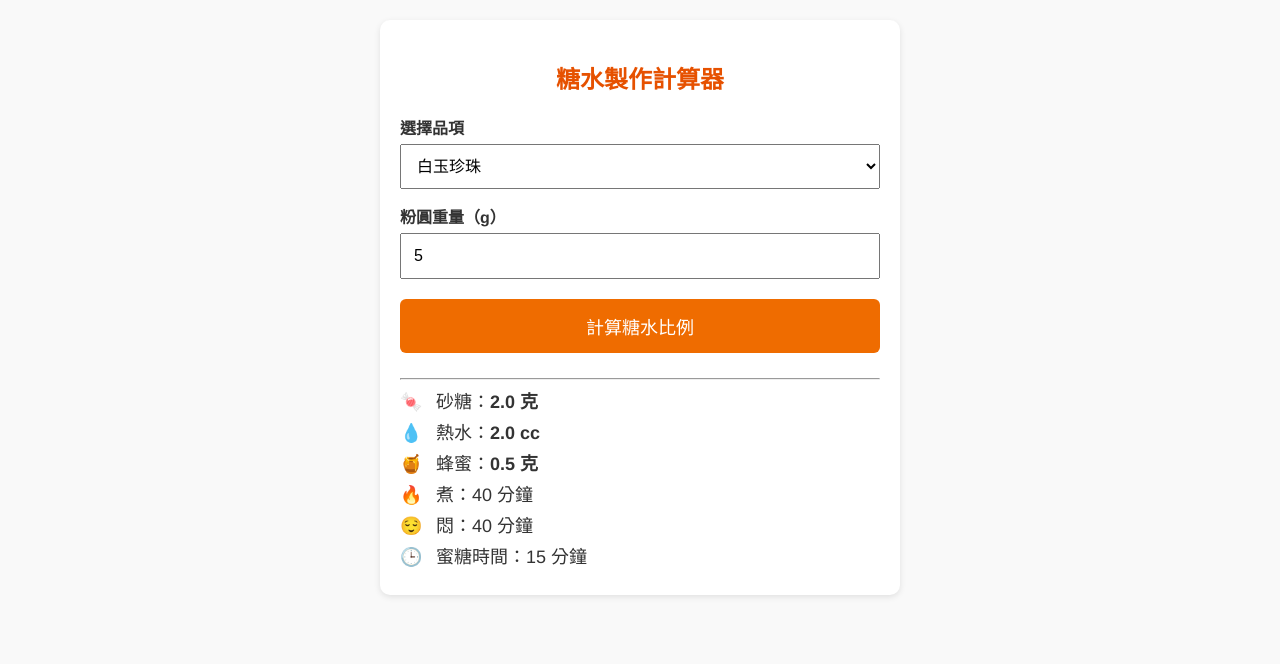
Repository: liying1106/tea-calculator
Page: 配料.html
An editor plug-in stored every save of this project. The page is shown before and after the next save, followed by the edit.
The browser window is 1280 px wide. The pictures show the whole page.
Empty fields were first filled with sample values (such as "Sample", 5 or name@example.com).
After loading, the first visible `button` was clicked once.

Above is the page before, as saved 2025-07-16 09:57:08.

After the next save:
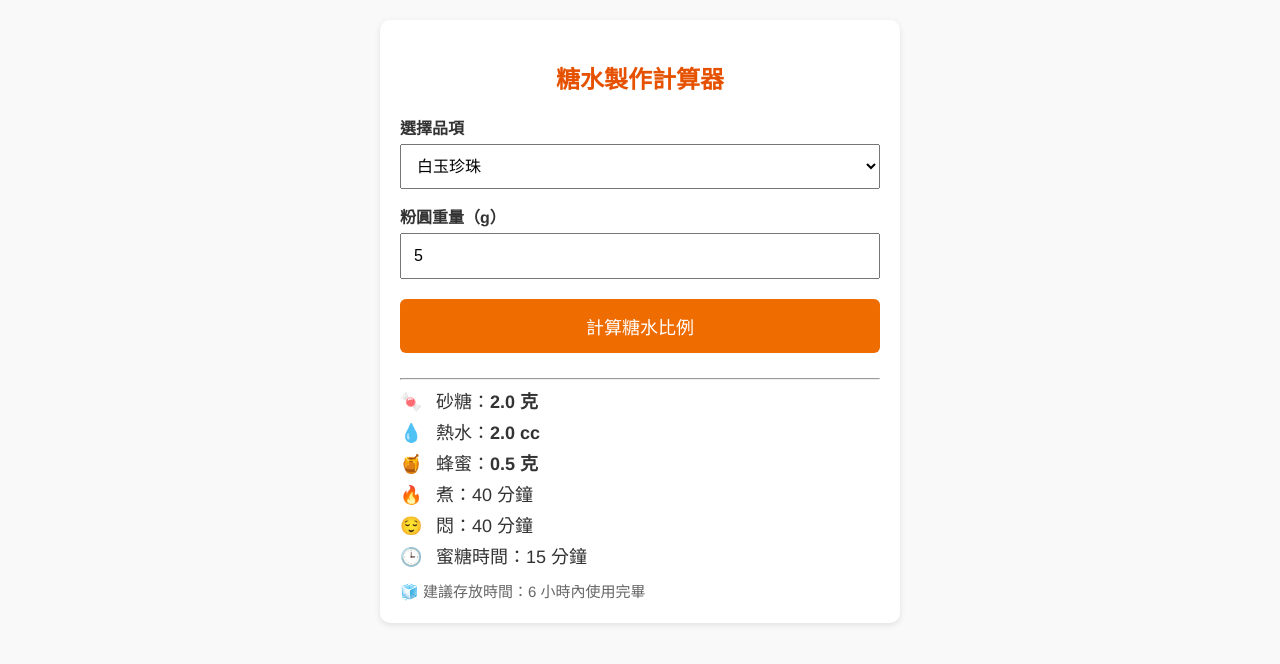
Saved 109 s later.
--- a/配料.html
+++ b/配料.html
@@ -97,7 +97,8 @@
         honeyRatio: 0.1,
         cookTime: 40,
         steamTime: 40,
-        soakTime: 15
+        soakTime: 15,
+        shelfLife: 6
       },
       "小粉圓": {
         sugarRatio: 0.4,
@@ -105,7 +106,8 @@
         honeyRatio: 0.1,
         cookTime: 15,
         steamTime: 15,
-        soakTime: 10
+        soakTime: 10,
+        shelfLife: 6
       },
       "小芋圓": {
         sugarRatio: 0.4,
@@ -113,7 +115,8 @@
         honeyRatio: 0,
         cookTime: 5,
         steamTime: 5,
-        soakTime: 5
+        soakTime: 5,
+        shelfLife: 4
       }
     };
 
@@ -141,6 +144,7 @@
         <div class="row"><span class="icon">🕒</span> 蜜糖時間：${data.soakTime} 分鐘</div>
       `;
 
+      output += `<div class="note">🧊 建議存放時間：${data.shelfLife} 小時內使用完畢</div>`;
       document.getElementById("result").innerHTML = output;
     }
   </script>
